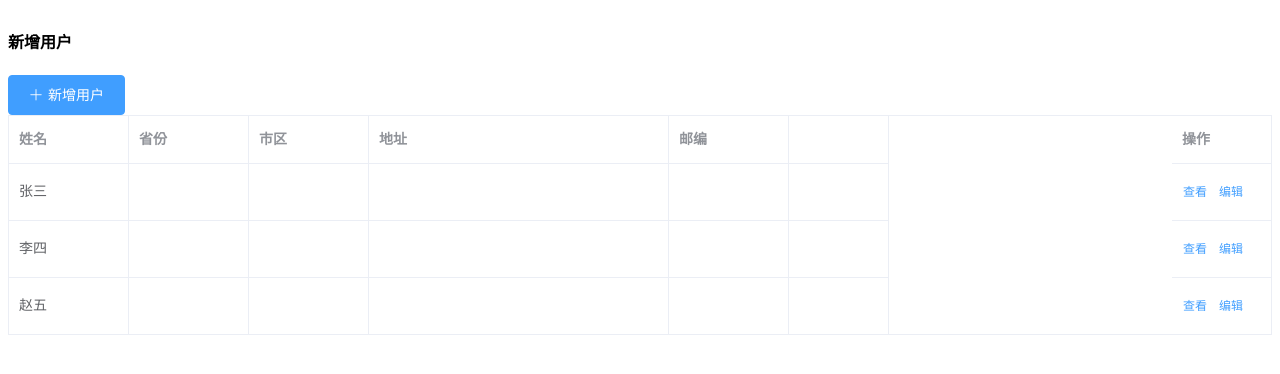
Repository: xinwuhao/New-user
Page: /
An editor plug-in stored every save of this project. The page is shown before and after the next save, followed by the edit.
The browser window is 1280 px wide. The pictures show the whole page.
The project was rebuilt for these pictures with package versions that can differ from the ones it lists, and the page was loaded fresh each time.

Above is the page before, as saved 2021-12-21 15:50:06.

After the next save:
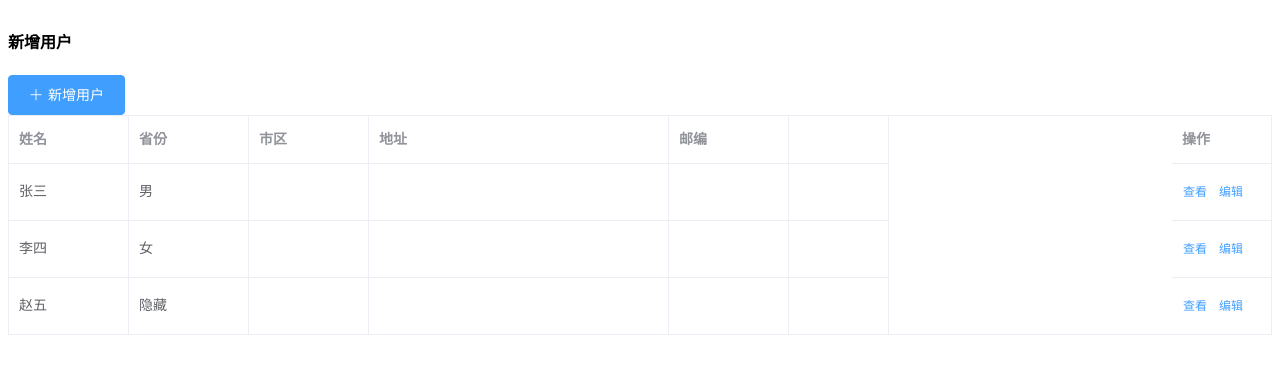
Saved 11 s later.
--- a/src/views/Home.vue
+++ b/src/views/Home.vue
@@ -49,7 +49,7 @@
         <el-table :data="list" border style="width: 100%">
           <el-table-column prop="name" label="姓名" width="120">
           </el-table-column>
-          <el-table-column prop="province" label="省份" width="120">
+          <el-table-column prop="sex" label="省份" width="120">
           </el-table-column>
           <el-table-column prop="city" label="市区" width="120">
           </el-table-column>
